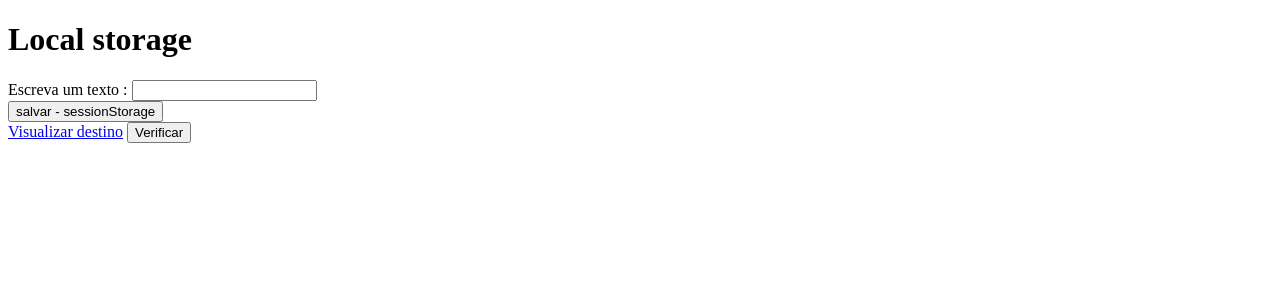
Repository: NicholasMaestrello/treinamento-impacta
Page: DesenvolvimentoJava/Modulo06/05_Storage/WebContent/session_storage_origem.html
The author's editor kept a copy of each file at every save. The page is drawn from the files as they stood at one save, then again after the next save.
The browser window is 1280 px wide. The pictures show the whole page.

Above is the page before, as saved 2017-10-23 16:25:04.
Console error: ReferenceError: documente is not defined

After the next save:
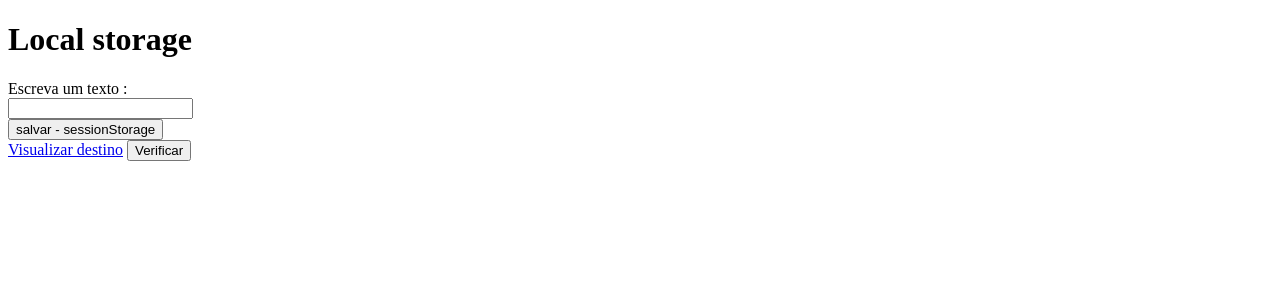
Saved 50 s later.
--- a/DesenvolvimentoJava/Modulo06/05_Storage/WebContent/session_storage_origem.html
+++ b/DesenvolvimentoJava/Modulo06/05_Storage/WebContent/session_storage_origem.html
@@ -7,7 +7,7 @@
 </head>
 <body>
 	<h1>Local storage</h1>
-	<label for="txt_origin">Escreva um texto :</label>
+	<label for="txt_origin">Escreva um texto :</label><br/>
 	<input type="text" id="txt_origin"/><br/>
 	<input type="button" id="salvar" value="salvar - sessionStorage"><br/>
 
